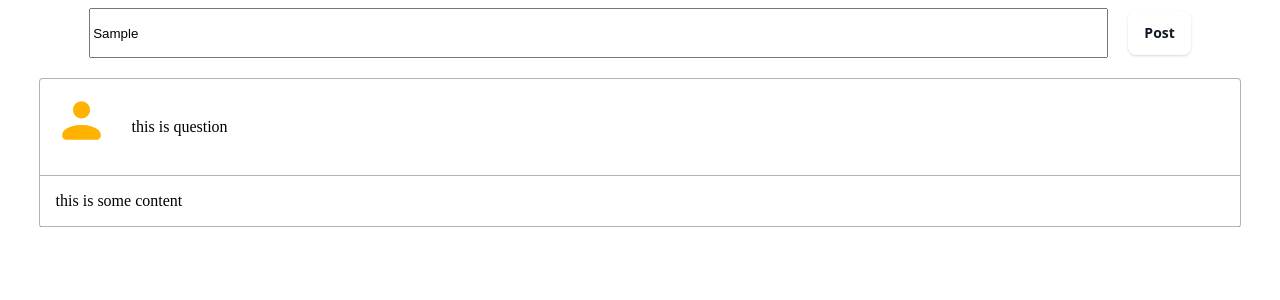
Repository: AOY311/DuckEdu
Page: test2.html
An editor plug-in stored every save of this project. The page is shown before and after a run of saves, followed by the edit.
The browser window is 1280 px wide. The pictures show the whole page.
Empty fields were first filled with sample values (such as "Sample", 5 or name@example.com).
After loading, the first visible `div.accordion__header` was clicked once.

Above is the page before, as saved 2021-10-31 16:42:06.

After the next 2 saves:
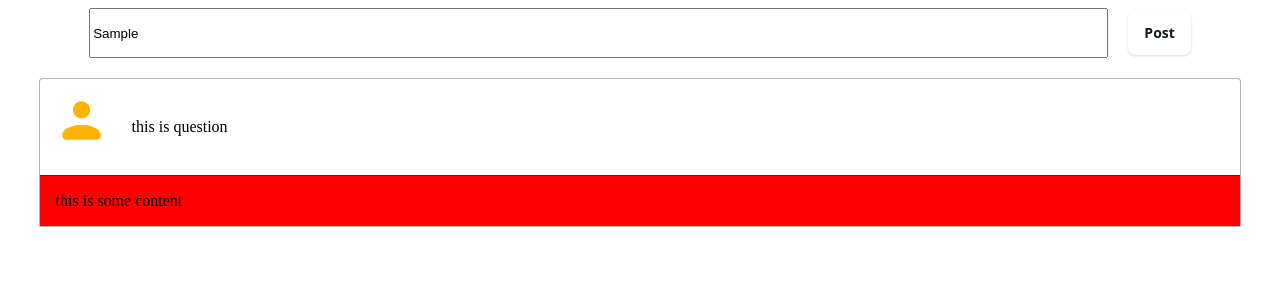
The 2 saves are shown as one change because they came seconds apart.
The last was saved 37 s later.
--- a/test2.html
+++ b/test2.html
@@ -164,7 +164,7 @@
 </body>
 <script>
     function showComment(obj) {
-
+        $(obj).next().css("background", "red");
     }
 </script>
 
